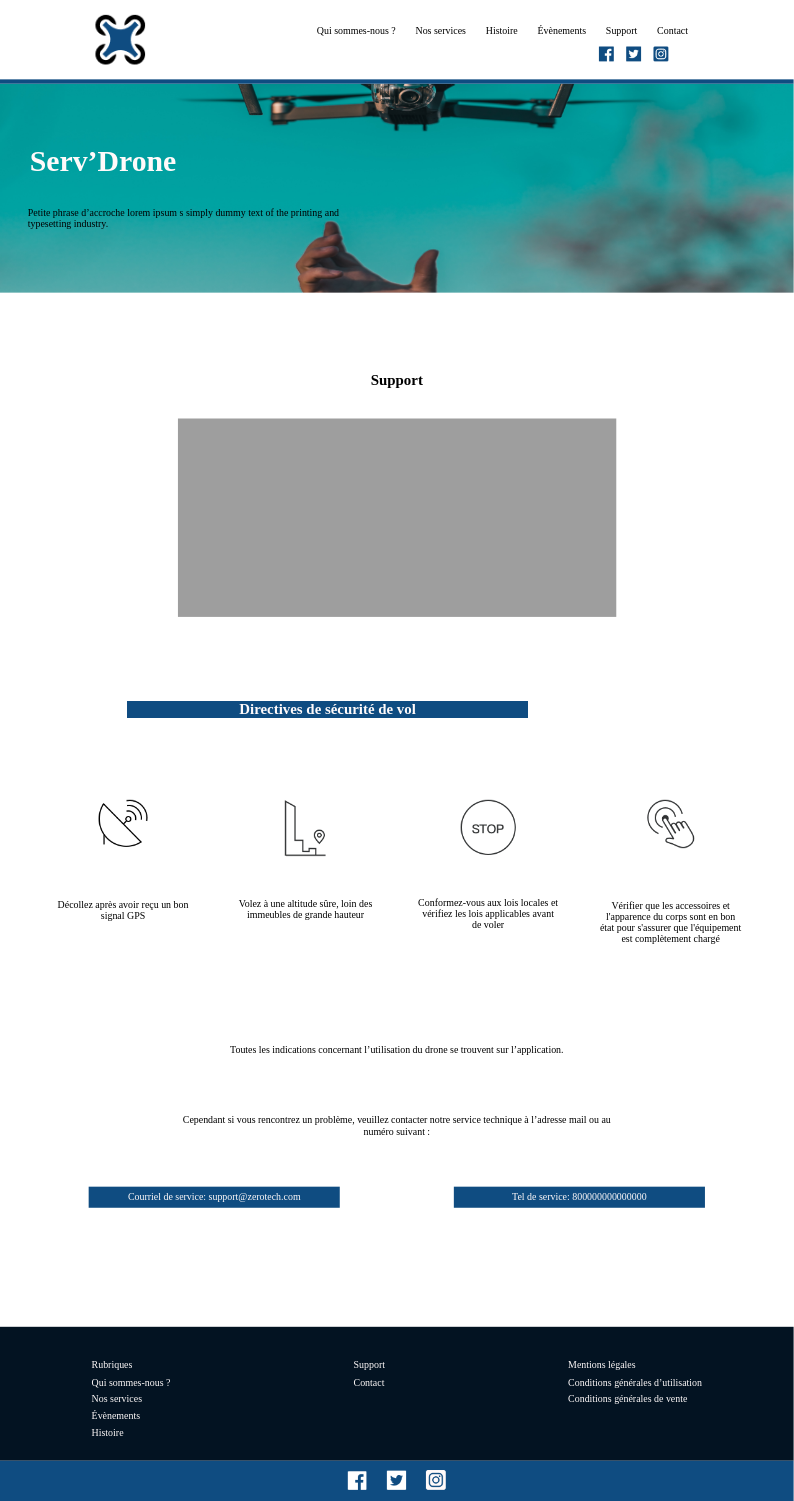
Repository: clairedupuich/serv_drone
Page: http://localhost/support.html
The author's editor kept a copy of each file at every save. The page is drawn from the files as they stood at one save, then again after a run of saves.
The browser window is 1280 px wide. The pictures show the whole page, at 62% of full size.
Pictures or frames that could not be fetched are drawn as grey boxes. The page is run by PHP 8.4 with error messages shown; the project is at /var/www/html/.

Above is the page before, as saved 2020-10-29 23:50:28.

After the next 2 saves:
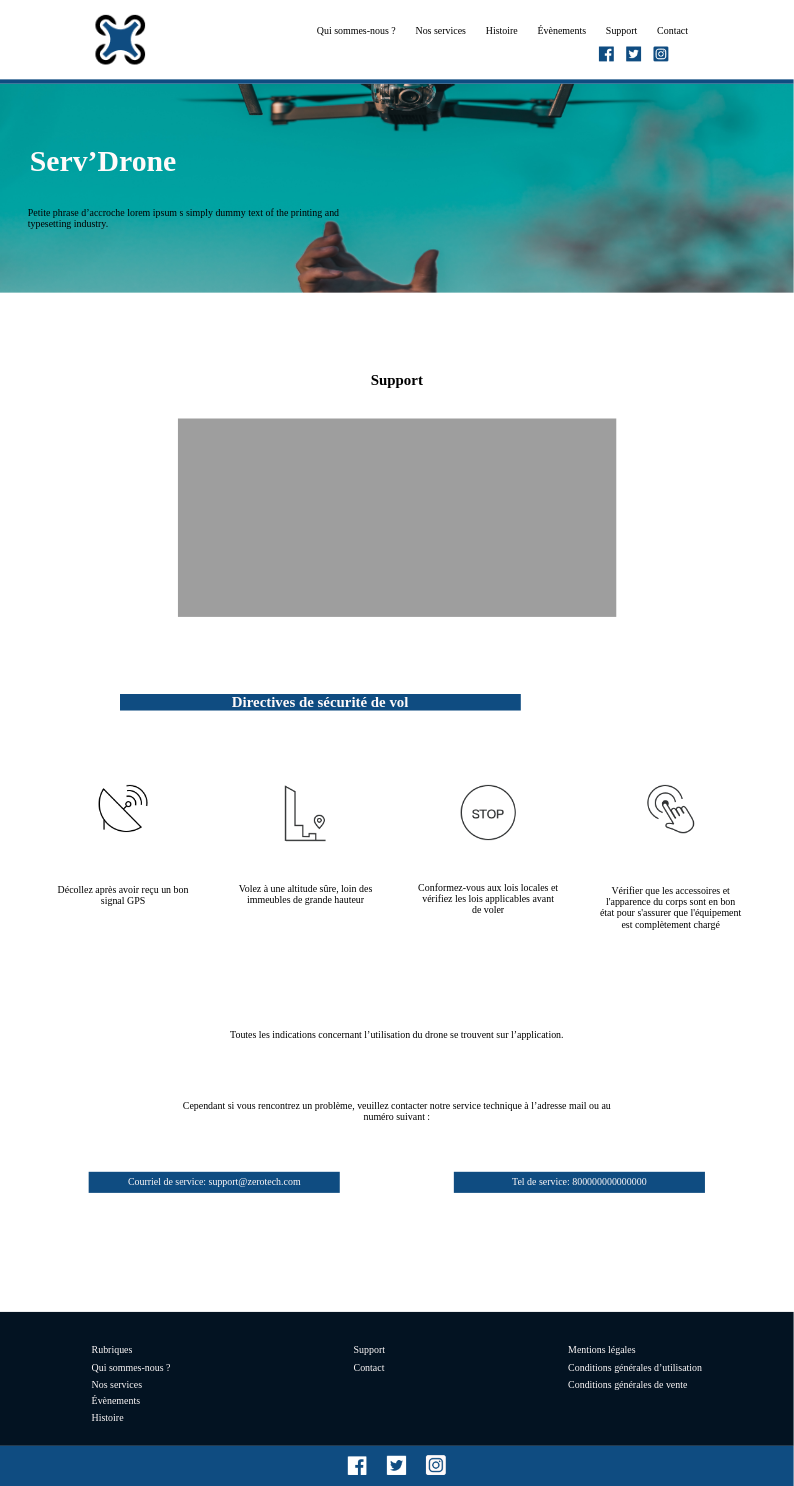
The 2 saves are shown as one change because they came seconds apart.
The last was saved 55 s later.
--- a/style.css
+++ b/style.css
@@ -110,7 +110,7 @@ iframe {
     background-color: #0F4C81;
     background-clip: content-box;
     margin: 5em 12%;
-    padding: .5em;
+    padding: .5em 5;
     width: 55%;
 }
 
